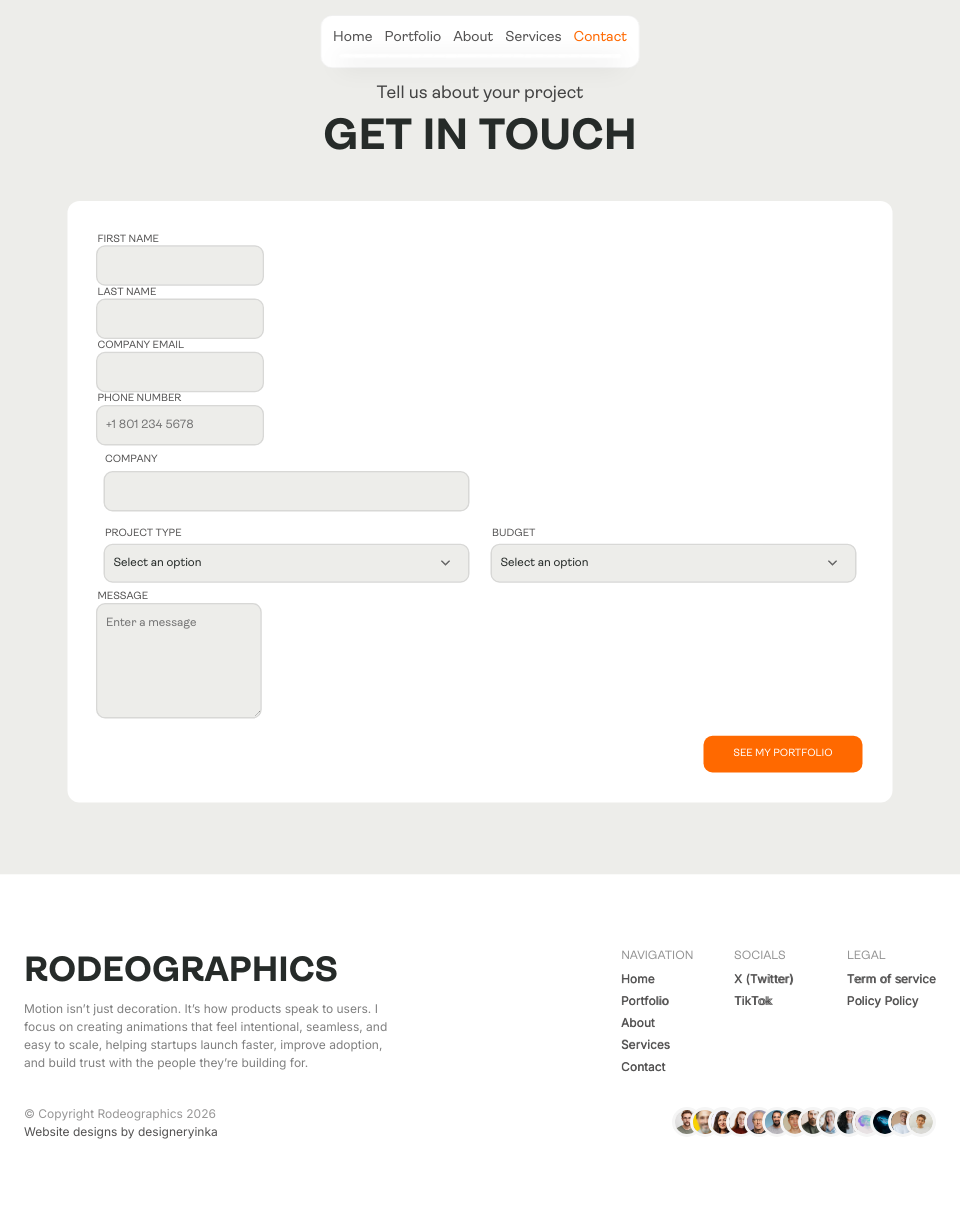
Repository: Ajeyinka/RodeoGraphics
Page: contact.html
The author's editor kept a copy of each file at every save. The page is drawn from the files as they stood at one save, then again after the next save.
The browser window is 1280 px wide. The pictures show the whole page, at 75% of full size.

Above is the page before, as saved 2026-02-21 21:06:54.
Console error: ReferenceError: gsap is not defined

### contact.html
<!DOCTYPE html>
<html lang="en">
  <head>
    <meta charset="UTF-8" />
    <meta name="viewport" content="width=device-width, initial-scale=1.0" />
    <title>Contact | Motion Design for Startups</title>

    <meta
      name="description"
      content="Get in touch to discuss motion design for your product, startup, or upcoming launch."
    />
    <meta property="og:title" content="Contact | Motion Design for Startups" />
    <meta
      property="og:description"
      content="Get in touch to discuss motion design for your product, startup, or upcoming launch."
    />
    <meta property="og:image" content="" />
    <meta property="og:type" content="website" />
    <meta property="og:url" content="" />
    <script src="script.js" defer></script>
    <link rel="stylesheet" href="style.css" />
    <link
      rel="shortcut icon"
      href="images/favicon.ico.png"
      sizes="32x32"
      type="image/png"
    />
  </head>
  <body>
    <nav class="section_nav">
      <div class="container_large">
        <div class="container_nav">
          <div class="two-col-flex">
            <div class="nav_brand">
              <a href="index.html" class="nav_brand-link">
                <span>Rodeographics</span>
              </a>
            </div>
            <a href="#" class="toggle_button" id="toggle_button">
              <span class="bar one"></span>
              <span class="bar two"></span>
            </a>
          </div>
          <!-- Brand / Logo -->

          <!-- Navigation Menu -->
          <div class="nav_menu">
            <ul class="nav_list">
              <li class="nav_item">
                <a href="index.html" class="nav_link">Home</a>
              </li>
              <li class="nav_item">
                <a href="portfolio.html" class="nav_link">Portfolio</a>
              </li>

              <li class="nav_item">
                <a href="about.html" class="nav_link">About</a>
              </li>

              <li class="nav_item">
                <a href="services.html" class="nav_link">Services</a>
              </li>

              <li class="nav_item">
                <a href="contact.html" class="nav_link">Contact</a>
              </li>
            </ul>
          </div>
        </div>
      </div>
    </nav>

    <main>
      <section class="section_contact">
        <div class="container_large">
          <div class="padding_global">
            <div class="form_component">
              <div class="title-top">
                <p class="tag">Tell us about your project</p>
                <h1>GET IN TOUCH</h1>
              </div>
            </div>
            <div class="form-block">
              <form action="https://formspree.io/f/xzdapnao" method="POST">
                <div class="form-group">
                  <label for="fname">First Name</label>
                  <input
                    type="text"
                    name="first_name"
                    class="input"
                    id="fName"
                    required
                  />
                </div>
                <div class="form-group">
                  <label for="lname">Last Name</label>
                  <input
                    type="text"
                    name="last_name"
                    class="input"
                    id="lName"
                    required
                  />
                </div>
                <div class="form-group">
                  <label for="email">Company Email</label>
                  <input
                    type="email"
                    name="company_email"
                    class="input"
                    id="email"
                    required
                  />
                </div>
                <div class="form-group">
                  <label for="tel"> Phone Number</label>
                  <input
                    type="tel"
                    class="input phone-input"
                    placeholder="+1 801 234 5678"
                    inputmode="tel"
                    autocomplete="tel"
                    id="tel"
                  />
                </div>

                <div class="form-group">
                  <label for="company"></label>
                </div>

                <fieldset>
                  <label for="company">
                    Company
                    <input
                      type="text"
                      name="company"
                      class="input"
                      id="company"
                    />
                  </label>
                </fieldset>
                <fieldset>
                  <label>
                    Project Type
                    <select class="input select" name="project type">
                      <option value="" disabled selected>
                        Select an option
                      </option>
                      <option value="saas">SaaS/Explainer Video</option>
                      <option value="2d explainer">2D Explainer Video</option>
                      <option value="logo">Logo Animation</option>
                      <option value="ai vide0">
                        AI branding/product Launch Video
                      </option>
                      <option value="website">Website Interphase</option>
                      <option value="short form">Short Form Edit Video</option>
                    </select>
                  </label>
                  <label>
                    Budget
                    <select class="input select" name="budget">
                      <option value="" disabled selected>
                        Select an option
                      </option>
                      <option value="$0-$200">$0-$200</option>
                      <option value="$200-$500">$200-$500</option>
                      <option value="$500-$1000">$500-$1000</option>
                      <option value="$1000-above">$1000 and Above</option>
                    </select>
                  </label>
                </fieldset>
                <div class="form-group">
                  <label for="message">Message</label>
                  <textarea
                    name="textarea"
                    id="textarea"
                    class="input"
                    placeholder="Enter a message"
                  ></textarea>
                </div>

                <div class="input-submit">
                  <button type="submit" class="button-submit button">
                    <span class="text text-primary">See my portfolio</span>
                  </button>
                </div>
                <div class="form-success">
                  Thanks for reaching out. I’ll get back to you within 24 hours.
                </div>
              </form>
            </div>
          </div>
        </div>
      </section>
    </main>
    <footer>
      <div class="container_large">
        <div class="padding_global">
          <div class="footer-grid">
            <div class="footer-left">
              <h2>Rodeographics</h2>
              <p>
                Motion isn’t just decoration. It’s how products speak to users.
                I focus on creating animations that feel intentional, seamless,
                and easy to scale, helping startups launch faster, improve
                adoption, and build trust with the people they’re building for.
              </p>
            </div>
            <div class="footer-right">
              <div class="footer_link-wrapper">
                <div class="footer_links">
                  <h4>Navigation</h4>
                  <a href="index.html" class="footer_link">Home</a>
                  <a href="portfolio.html" class="footer_link">Portfolio</a>
                  <a href="about.html" class="footer_link">About</a>
                  <a href="services.html" class="footer_link">Services</a>
                  <a href="contact.html" class="footer_link">Contact</a>
                </div>
                <div class="footer_links">
                  <h4>Socials</h4>
                  <a href="https://x.com/designerola01" class="footer_link"
                    >X (Twitter)</a
                  >

                  <a
                    href="https://www.tiktok.com/@rodeodesigns?_r=1&_t=ZS-93MZgyCcf5N"
                    class="footer_link"
                    >TikTok</a
                  >
                </div>
                <div class="footer_links">
                  <h4>Legal</h4>
                  <a href="services.html" class="footer_link"
                    >Term of service</a
                  >

                  <a href="privacy.html" class="footer_link">Policy Policy</a>
                </div>
              </div>
            </div>
          </div>
          <div class="footer-bottom">
            <div>
              <p class="Copyright">© Copyright Rodeographics 2026</p>
              <a href="https://designeryinka.com/" target="_blank"
                >Website designs by designeryinka</a
              >
            </div>

            <div class="footer_proof">
              <img src="images/1.png" alt="" />
              <img src="images/2.png" alt="" />
              <img src="images/3.png" alt="" />
              <img src="images/4.png" alt="" />
              <img src="images/5.png" alt="" />
              <img src="images/6.png" alt="" />
              <img src="images/adewale.png" alt="" />
              <img src="images/adewale1.png" alt="" />
              <img src="images/adewale2.png" alt="" />
              <img src="images/adewale4.png" alt="" />
              <img src="images/adewalw5.png" alt="" />
              <img src="images/adewale6.png" alt="" />
              <img src="images/adewale7.png" alt="" />
              <img src="images/adewalw8.png" alt="" />
            </div>
          </div>
        </div>
      </div>
    </footer>
  </body>
</html>

Loaded but not shown: script.js (338 lines, source omitted); style.css (1929 lines, source omitted)

After the next save:
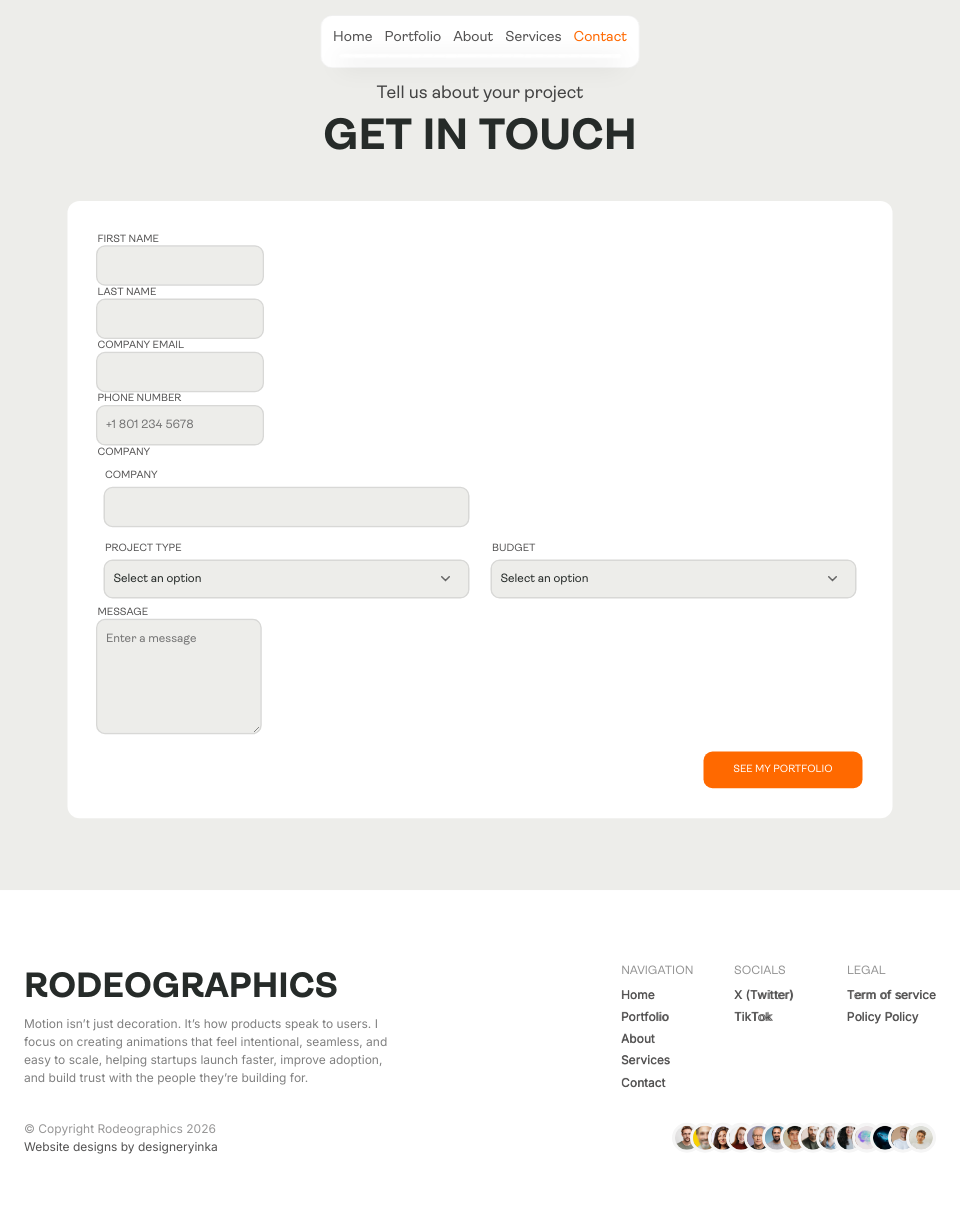
Saved 6 s later.
--- a/contact.html
+++ b/contact.html
@@ -125,7 +125,7 @@
                 </div>
 
                 <div class="form-group">
-                  <label for="company"></label>
+                  <label for="company">Company</label>
                 </div>
 
                 <fieldset>
